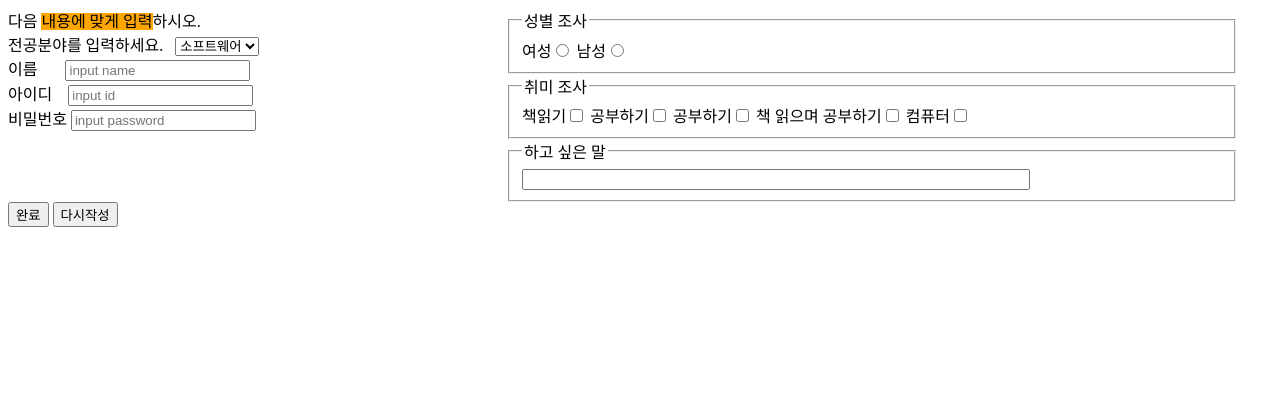
Repository: jwlee0714/HTML
Page: html/quiz-설문조사.html
An editor plug-in stored every save of this project. The page is shown before and after the next save, followed by the edit.
The browser window is 1280 px wide. The pictures show the whole page.

Above is the page before, as saved 2021-10-05 09:10:14.

### html/quiz-설문조사.html
<!DOCTYPE html>
<html>
<head>
<meta charset="UTF-8">
<title>Insert title here</title>
</head>
<body>


	<div style="width:500px; height:150px;  float:left;">

		<span >다음</span>
		<span style="background-color:orange;">내용에 맞게 입력</span>하시오.


	<form>
		전공분야를 입력하세요. &nbsp; <select name ="select">
			<option value="p1">소프트웨어
			<option value="p2">하드웨어
			<option value="p3">정보공학
		</select>
		<br>이름&nbsp; &nbsp; &nbsp; &nbsp;<input type="text" name ="name" placeholder="input name"><br>
		아이디 &nbsp; &nbsp;<input type="text" name ="id" placeholder="input id"><br>
		비밀번호 <input type="password" name="pwd" placeholder="input password"><br>
	</form>
	</div>

</table>


<fieldset style="width:700px;">
		<legend>성별 조사 </legend>
		여성<input type="radio">
		남성<input type="radio">
</fieldset>
<fieldset style="width:700px;">
		<legend>취미 조사 </legend>
		책읽기<input type="checkbox">
		공부하기<input type="checkbox">
		공부하기<input type="checkbox">
		책 읽으며 공부하기<input type="checkbox">
		컴퓨터<input type="checkbox">
</fieldset>
<fieldset style="width:700px;">
		<legend>하고 싶은 말 </legend>
		<input style= width:500px; type="text">
</fieldset>

<form action="quiz-회사소개.html" method="get">
	<input type="submit" value="완료">
	<input type="button" value="다시작성">
</form>

</body>
</html>

After the next save:
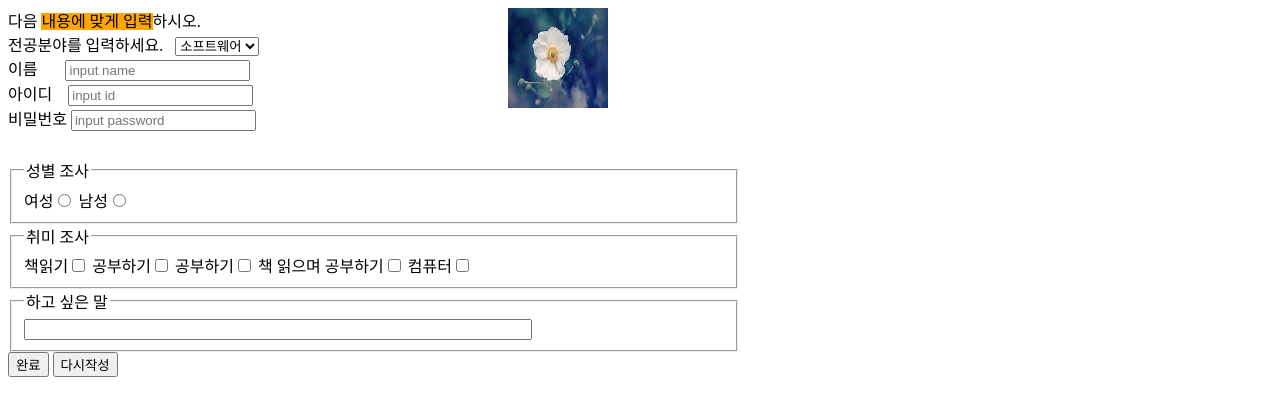
Saved 2 min 54 s later.
--- a/html/quiz-설문조사.html
+++ b/html/quiz-설문조사.html
@@ -25,6 +25,9 @@
 	</form>
 	</div>
 
+	<div style="width:500px; height:150px;  float:left;">
+	  <img src="img/다운로드.jfif" width="100" height="100">
+	</div>
 </table>
 
 
